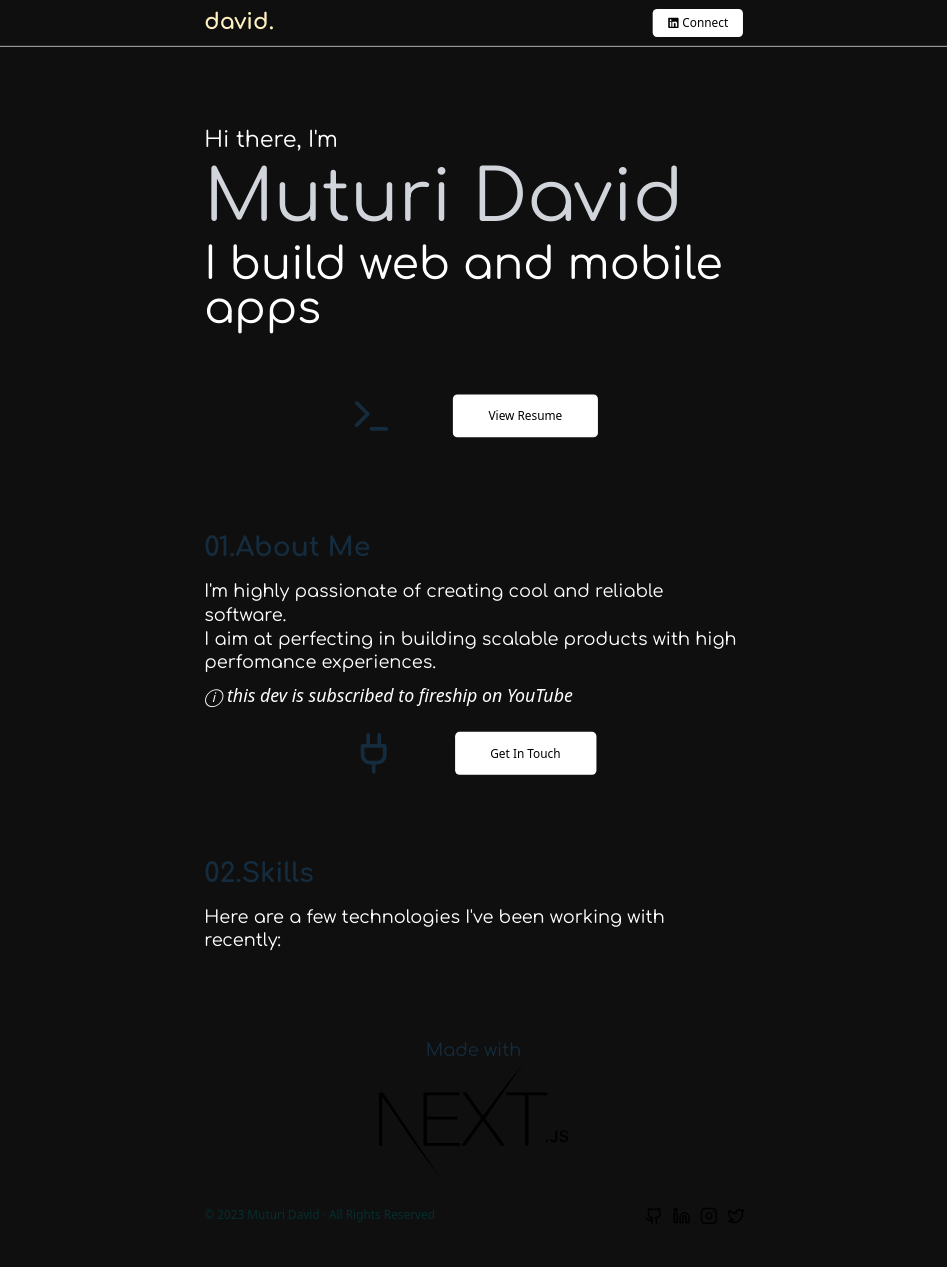
Repository: tushcmd/tushdev-portfolio
Page: /
The author's editor kept a copy of each file at every save. The page is drawn from the files as they stood at one save, then again after the next save.
The browser window is 1280 px wide. The pictures show the whole page, at 74% of full size.
The project was rebuilt for these pictures with package versions that can differ from the ones it lists, and the page was loaded fresh each time. The framework's server and built-in components were replaced by stand-ins that run in the browser. Also part of the build but not shown: next.config.js.

Above is the page before, as saved 2023-12-16 00:56:03.

After the next save:
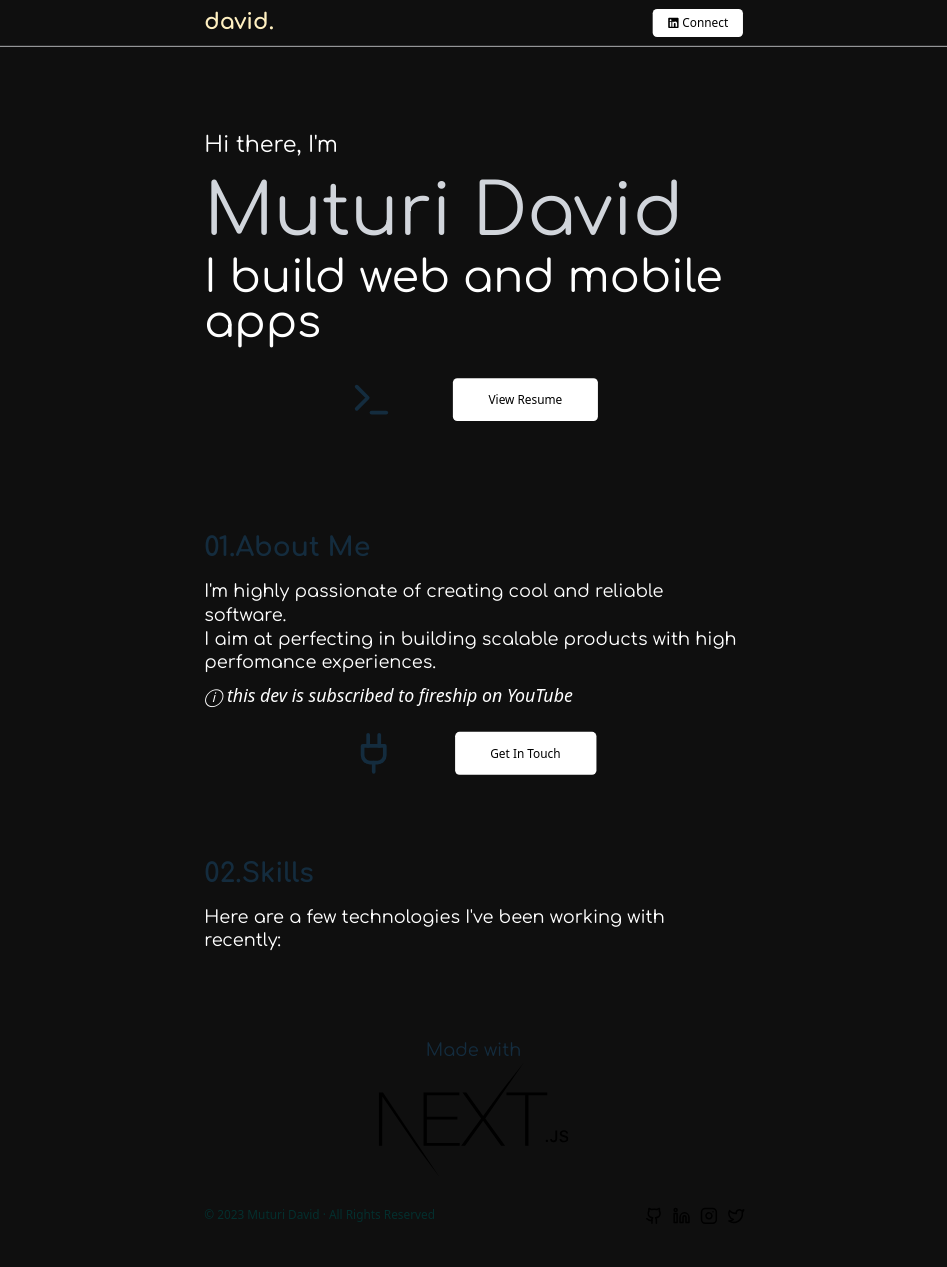
Saved 37 s later.
--- a/app/ui/hero.tsx
+++ b/app/ui/hero.tsx
@@ -7,8 +7,8 @@ import { Terminal } from 'lucide-react';
 export default async function Hero() {
   return (
     <section className='relative flex flex-col justify-center items-center h-screen md:py-16 py-6 overflow-auto'>
-      <div className='flex items-start flex-col md:max-w-3xl py-16 w-full md:px-5 px-5 justify-between'>
-        <p className={`${comfortaa.className} text-3xl text-white pb-3`}>
+      <div className='flex items-start flex-col md:max-w-3xl py-6 w-full md:px-5 px-5 justify-between'>
+        <p className={`${comfortaa.className} text-3xl text-white py-6`}>
           Hi there, I&apos;m
         </p>
         <h6
